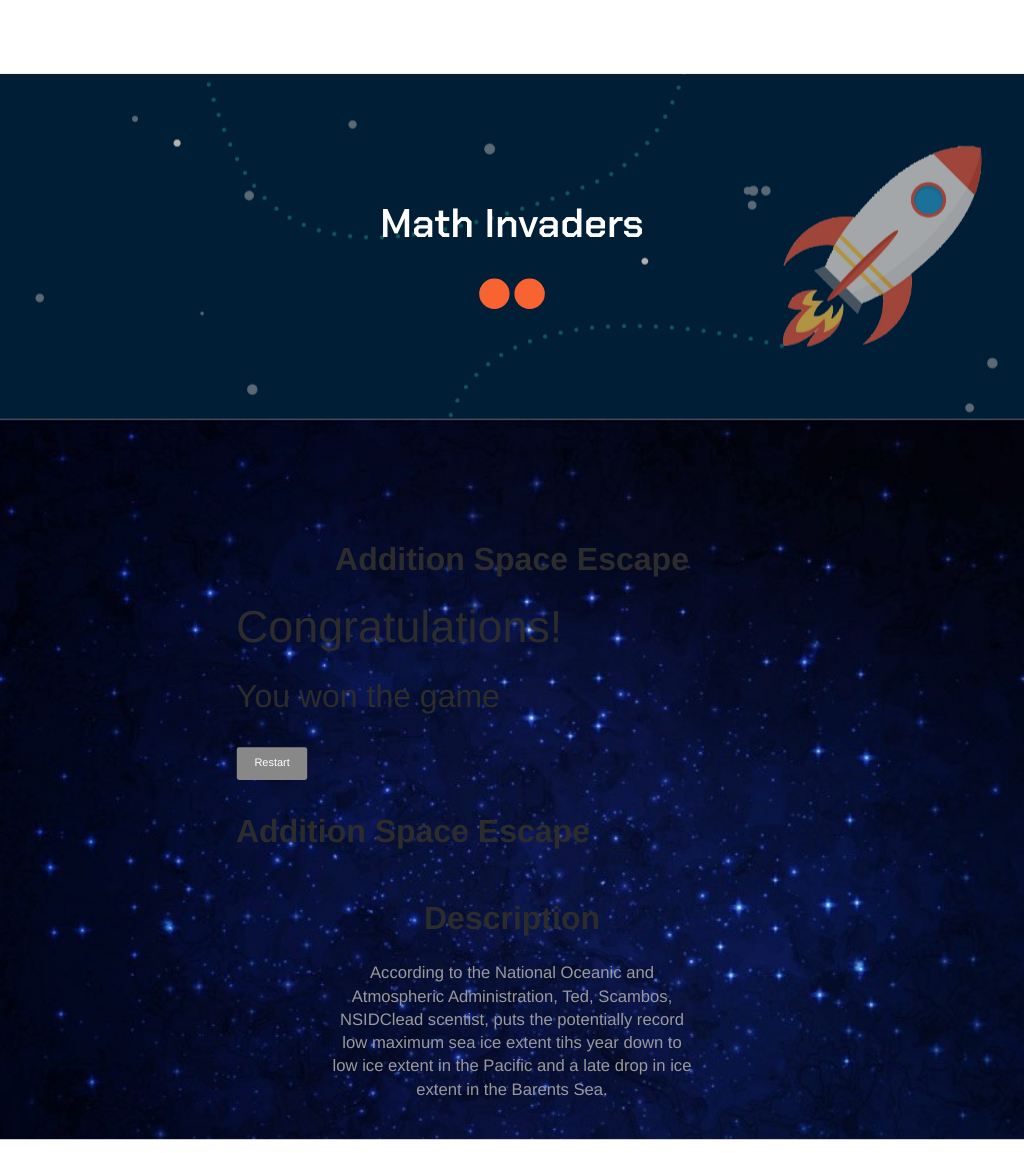
Repository: kkyler24/MathInvader
Page: index.html
An editor plug-in stored every save of this project. The page is shown before and after the next save, followed by the edit.
The browser window is 1280 px wide. The pictures show the whole page, at 80% of full size.
Some web libraries are served in a nearby version.

Above is the page before, as saved 2020-07-19 18:23:08.

After the next save:
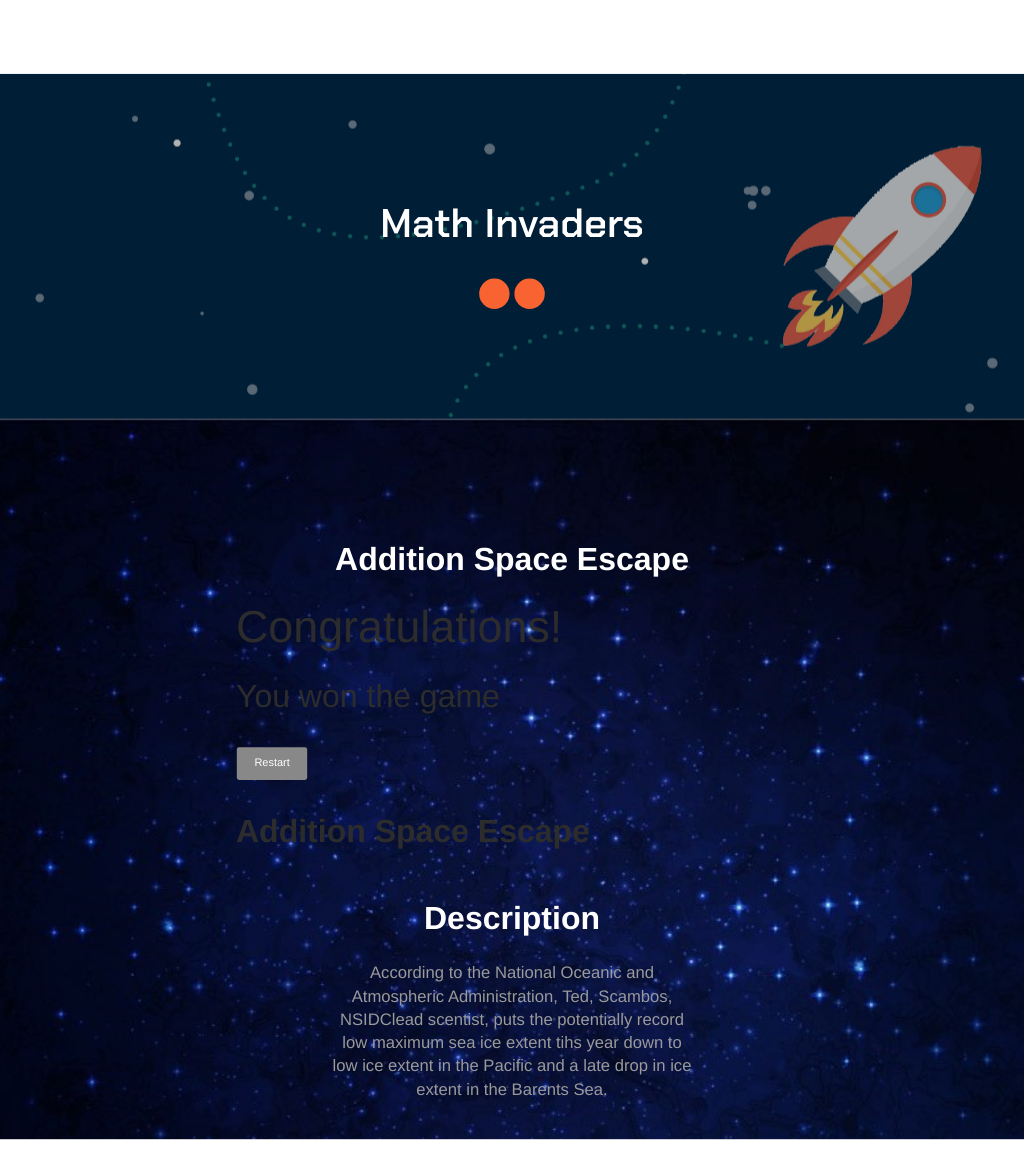
Saved 11 s later.
--- a/index.html
+++ b/index.html
@@ -86,7 +86,7 @@
       <div id="backgroundSection" class="section section-about-us">
         <div class="container">
           <div class="section-story-overview">
-            <h2 class="title text-center">Addition Space Escape</h2>
+            <h2 class="title text-center gameT">Addition Space Escape</h2>
               <div class="game-wrapper">
 <div class="Game"></div>
 <div class="congratulations">
@@ -100,7 +100,7 @@
             <div class="separator separator-primary"></div>
             <div class="row">
                 <div class="col-md-8 ml-auto mr-auto text-center">
-                    <h2 class="title">Description</h2>
+                    <h2 class="title gameT">Description</h2>
                     <h5 class="description">According to the National Oceanic and Atmospheric Administration, Ted, Scambos, NSIDClead scentist, puts the potentially record low maximum sea ice extent tihs year down to low ice extent in the Pacific and a late drop in ice extent in the Barents Sea.</h5>
                 </div>
             </div>
